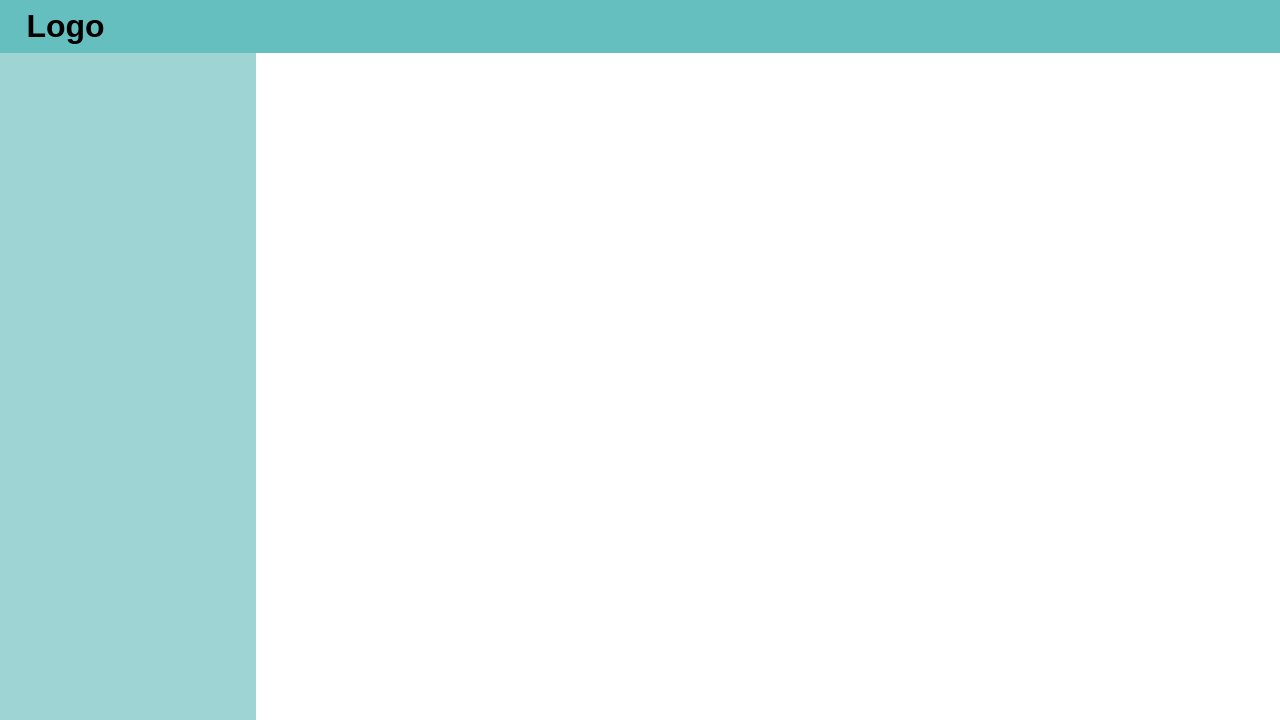
Repository: mateus-henrique-silva/Dashboard-pixel-facebook-react
Page: / (app in dashboard-pixel/)
An editor plug-in stored every save of this project. The page is shown before and after the next save, followed by the edit.
The browser window is 1280 px wide. The pictures show the whole page.
The project was rebuilt for these pictures with package versions that can differ from the ones it lists, and the page was loaded fresh each time.

Above is the page before, as saved 2022-07-07 17:08:15.

### dashboard-pixel/src/index.js
import React from "react";
import ReactDOM from "react-dom/client";

import App from "./App";
import reportWebVitals from "./reportWebVitals";

const root = ReactDOM.createRoot(document.getElementById("root"));
root.render(
  <React.StrictMode>
    <App />
  </React.StrictMode>
);

reportWebVitals();

### dashboard-pixel/src/App.jsx
import React from "react";
import Main from "./Components/MainPage/Main";



function App() {
  return (
    <div >
        <Main/>


    </div>
  );
}

export default App;

### dashboard-pixel/src/Components/MainPage/Main.jsx
import React from 'react'
import './Main.css'
import Header from '../Header/Header'
import SideBar from "../SideBar/SideBar"

const Main = () => {
  return (
    <div className="Main">
        <Header/>
        <SideBar/>
    </div>
  )
}

export default Main

### dashboard-pixel/src/Components/MainPage/Main.css
* {
  border: 0;
  margin: 0;
  font-family: sans-serif;
}

.Main {
  width: 100%;
  height: 100vh;
}
.startHeader{
    width: 100%;
    display: flex;
    justify-content: center;
}

### dashboard-pixel/src/Components/Header/Header.jsx
import React from 'react'
import "./Header.css"

const Header = () => {
  return (
    <div className="startHeader">

        <div className="Header">
            <h1>Logo</h1>
        </div>

    </div>
  )
}

export default Header

### dashboard-pixel/src/Components/SideBar/SideBar.jsx
import React from 'react'
import "./SideBar.css"

const SideBar = () => {
  return (
    <div>
        <div className="div-sidebar" ></div>
    </div>
  )
}

export default SideBar

### dashboard-pixel/src/Components/Header/Header.css
.Header{
    width: 99vw;
    padding: 0.5em 0.5em ;
    background-color:#66BFBF;
    display:flex;
    align-items:center;
    position:fixed;


}

.Header h1{
    margin-left: 20px;
}

### dashboard-pixel/src/Components/SideBar/SideBar.css
.div-sidebar{
    height:100vh;
    width:20vw;
    background-color:#9fd4d4;
}

Loaded but not shown: dashboard-pixel/public/index.html (common file); dashboard-pixel/src/reportWebVitals.js (common file)

After the next save:
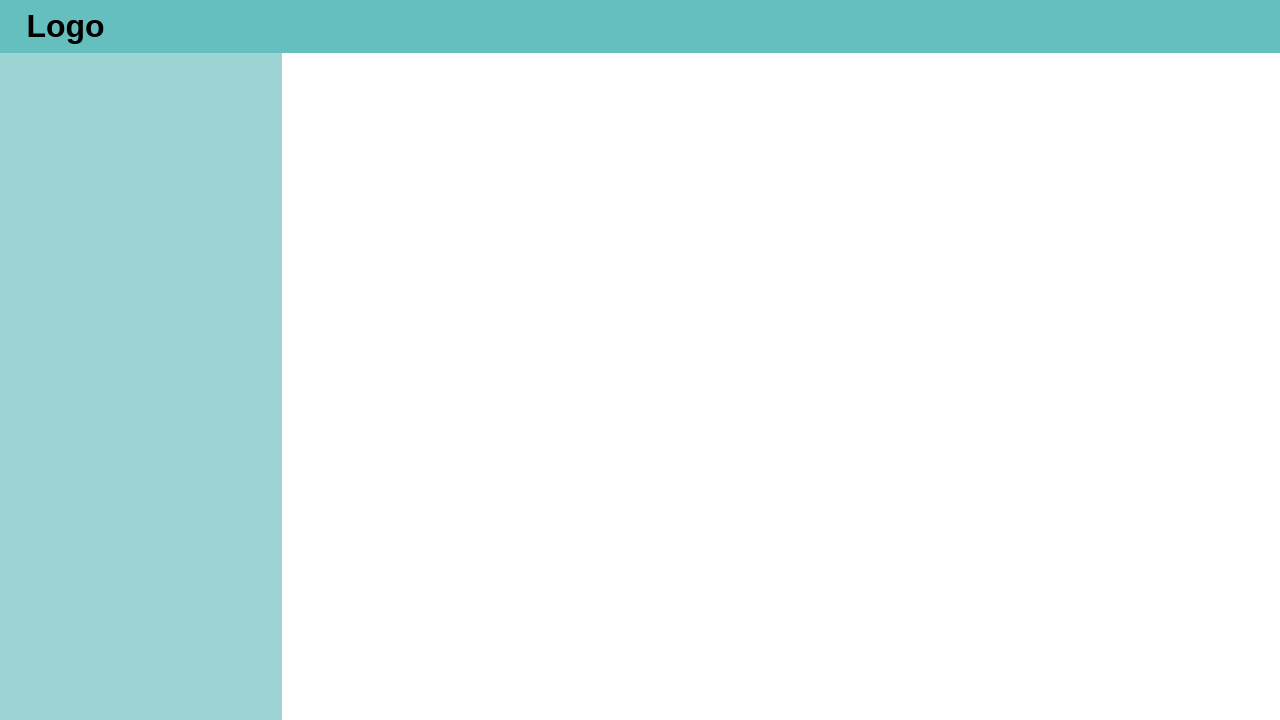
Saved 10 s later.
--- a/dashboard-pixel/src/Components/SideBar/SideBar.css
+++ b/dashboard-pixel/src/Components/SideBar/SideBar.css
@@ -1,5 +1,5 @@
 .div-sidebar{
     height:100vh;
-    width:20vw;
+    width:22vw;
     background-color:#9fd4d4;
 }

After the 3 saves that followed:
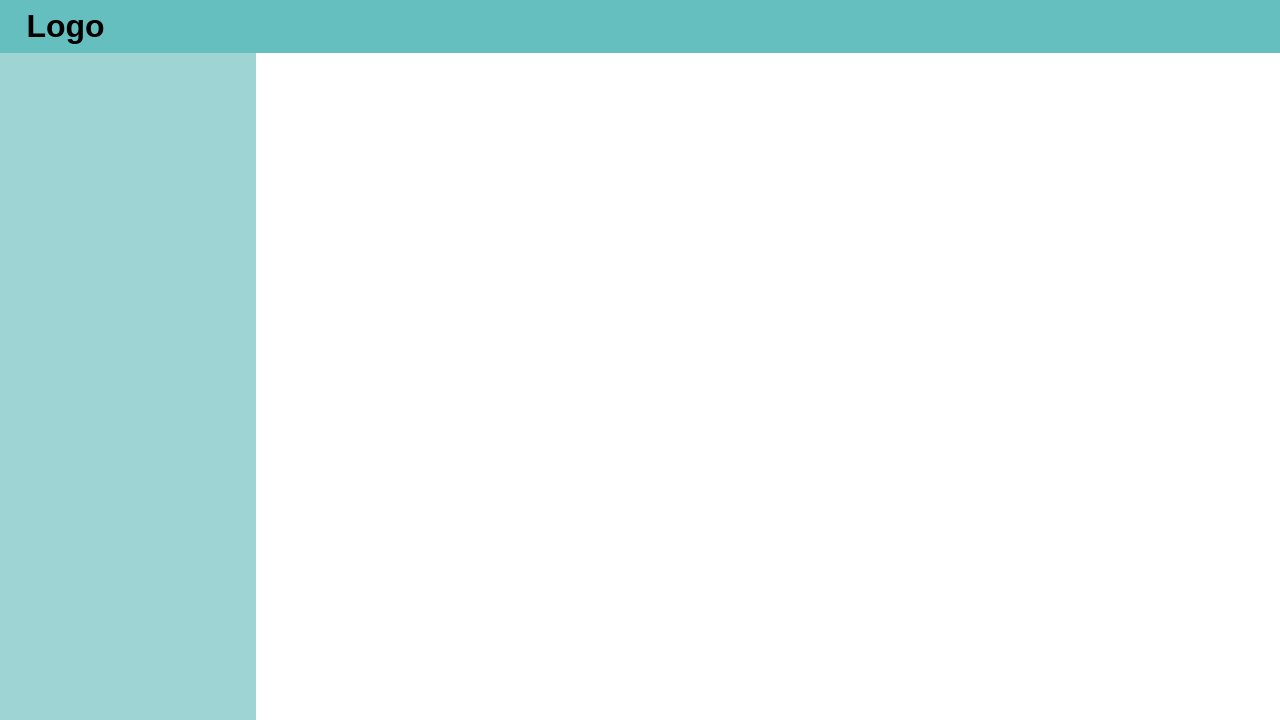
The 3 saves are shown as one change because 2 left the picture as it was.
The last was saved 54 s later.
--- a/dashboard-pixel/src/Components/SideBar/SideBar.jsx
+++ b/dashboard-pixel/src/Components/SideBar/SideBar.jsx
@@ -4,7 +4,9 @@
 const SideBar = () => {
   return (
     <div>
-        <div className="div-sidebar" ></div>
+        <div className="div-sidebar">
+
+        </div>
     </div>
   )
 }
--- a/dashboard-pixel/src/Components/SideBar/SideBar.css
+++ b/dashboard-pixel/src/Components/SideBar/SideBar.css
@@ -1,5 +1,5 @@
 .div-sidebar{
     height:100vh;
-    width:22vw;
+    width:20vw;
     background-color:#9fd4d4;
 }
